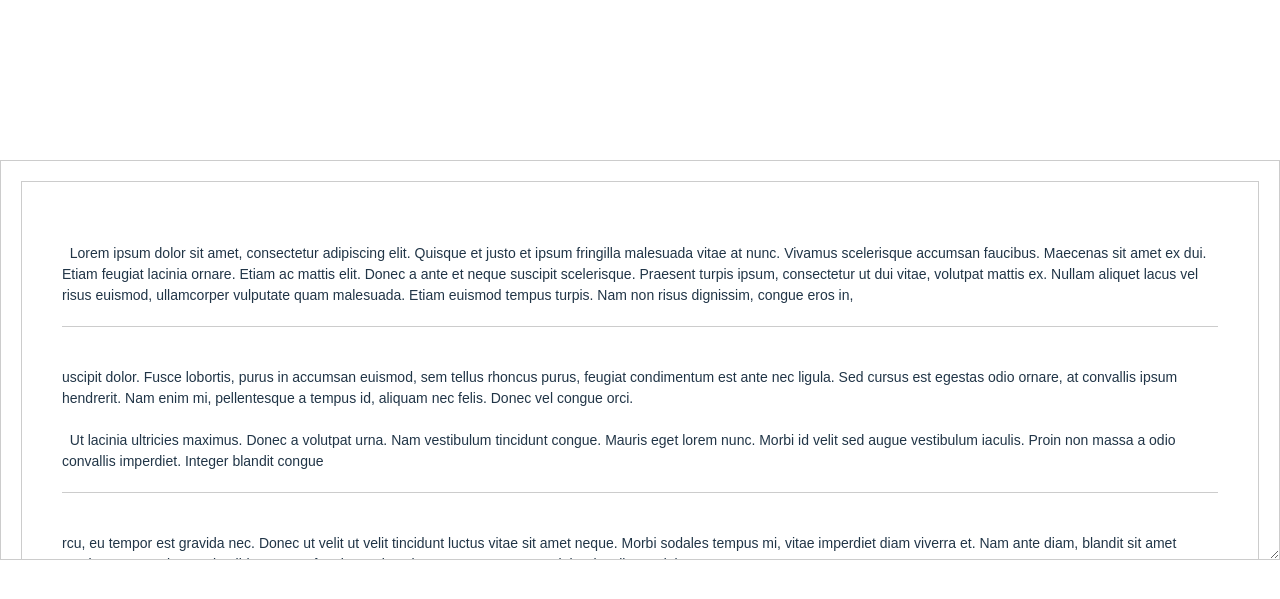
Repository: TakingJester766/Page-View
Page: /
These files come from the project's save history. The page is drawn as it stood at one moment and after the next save; the edit follows.
The browser window is 1280 px wide. The pictures show the whole page.
An inner scrolling area shows only its first screen. The project was rebuilt for these pictures with package versions that can differ from the ones it lists, and the page was loaded fresh each time. Also part of the build but not shown: vite.config.js.

Above is the page before, as saved 2023-01-15 22:44:34.

### src/App.jsx
import React from 'react';
import ScrollableText from './ScrollableText';

function App() {
  const text = `
  Lorem ipsum dolor sit amet, consectetur adipiscing elit. Quisque et justo et ipsum fringilla malesuada vitae at nunc. Vivamus scelerisque accumsan faucibus. Maecenas sit amet ex dui. Etiam feugiat lacinia ornare. Etiam ac mattis elit. Donec a ante et neque suscipit scelerisque. Praesent turpis ipsum, consectetur ut dui vitae, volutpat mattis ex. Nullam aliquet lacus vel risus euismod, ullamcorper vulputate quam malesuada. Etiam euismod tempus turpis. Nam non risus dignissim, congue eros in, suscipit dolor. Fusce lobortis, purus in accumsan euismod, sem tellus rhoncus purus, feugiat condimentum est ante nec ligula. Sed cursus est egestas odio ornare, at convallis ipsum hendrerit. Nam enim mi, pellentesque a tempus id, aliquam nec felis. Donec vel congue orci.

  Ut lacinia ultricies maximus. Donec a volutpat urna. Nam vestibulum tincidunt congue. Mauris eget lorem nunc. Morbi id velit sed augue vestibulum iaculis. Proin non massa a odio convallis imperdiet. Integer blandit congue arcu, eu tempor est gravida nec. Donec ut velit ut velit tincidunt luctus vitae sit amet neque. Morbi sodales tempus mi, vitae imperdiet diam viverra et. Nam ante diam, blandit sit amet maximus nec, vulputate in nibh. Aenean feugiat sapien sit amet erat tempus, eu lobortis tellus sodales.

  Vivamus nec dictum nibh, vel bibendum magna. Curabitur condimentum justo ac neque placerat, sit amet accumsan orci fermentum. Aliquam sed urna non eros feugiat fringilla. Vestibulum vel iaculis diam. Interdum et malesuada fames ac ante ipsum primis in faucibus. Morbi pretium augue tortor, in accumsan diam semper nec. Sed ac tincidunt tellus. Vivamus lobortis dui ut faucibus ultricies. Aliquam at consequat ipsum. Fusce vel mollis diam. Ut id dolor suscipit, iaculis est at, malesuada dui. Sed fringilla diam purus, a commodo augue pretium eget. Fusce blandit ut ante sed mollis. Nulla non porttitor urna. Curabitur sed varius nunc, id elementum justo.

  Etiam commodo finibus risus ut lobortis. Donec ac massa id dolor cursus gravida. Sed non sem id est tincidunt egestas. Aenean et aliquam est. Aenean ornare sit amet erat sed commodo. Morbi et tortor sit amet lacus tempor consectetur. Aenean ultrices libero ac tellus molestie, in maximus leo porttitor. Pellentesque scelerisque ante nec velit aliquam posuere. Donec varius id ligula sit amet facilisis. Maecenas purus metus, egestas et auctor non, sagittis vel tellus. Sed facilisis, urna ac interdum suscipit, massa diam vestibulum orci, eu pretium ex odio et sem. Curabitur tempor, mi nec luctus vestibulum, diam elit aliquam risus, ut vestibulum est ante at libero. Nunc auctor consequat leo.

  Aliquam eu mauris a elit tincidunt rutrum sed eget lacus. Ut faucibus laoreet mauris tempus feugiat. Orci varius natoque penatibus et magnis dis parturient montes, nascetur ridiculus mus. Morbi in pretium ante. Morbi vel blandit dolor. Morbi volutpat libero et enim lobortis pharetra. Aliquam eget velit vel lacus gravida dignissim non a nibh. Phasellus dictum, quam eget sagittis scelerisque, tortor leo aliquam nunc, quis varius ipsum risus sed nisi. Quisque congue diam sed ipsum molestie bibendum. Praesent iaculis, urna et pretium suscipit, sem tortor dignissim neque, quis laoreet lorem elit id sem. Duis ullamcorper felis justo, id rhoncus sapien finibus nec. Quisque posuere velit mattis suscipit ornare. Ut molestie dignissim vestibulum. Nam at lectus bibendum, rhoncus orci ac, scelerisque ligula. Interdum et malesuada fames ac ante ipsum primis in faucibus.`;
  return (
    <div className="scroll-container">
      <ScrollableText text={text} />
    </div>
  );
}

export default App;

### src/index.css
:root {
  font-family: Inter, Avenir, Helvetica, Arial, sans-serif;
  font-size: 16px;
  line-height: 24px;
  font-weight: 400;

  color-scheme: light dark;
  color: rgba(255, 255, 255, 0.87);
  background-color: #242424;

  font-synthesis: none;
  text-rendering: optimizeLegibility;
  -webkit-font-smoothing: antialiased;
  -moz-osx-font-smoothing: grayscale;
  -webkit-text-size-adjust: 100%;
}

a {
  font-weight: 500;
  color: #646cff;
  text-decoration: inherit;
}
a:hover {
  color: #535bf2;
}

body {
  margin: 0;
  display: flex;
  place-items: center;
  min-width: 320px;
  min-height: 100vh;
}

h1 {
  font-size: 3.2em;
  line-height: 1.1;
}

button {
  border-radius: 8px;
  border: 1px solid transparent;
  padding: 0.6em 1.2em;
  font-size: 1em;
  font-weight: 500;
  font-family: inherit;
  background-color: #1a1a1a;
  cursor: pointer;
  transition: border-color 0.25s;
}
button:hover {
  border-color: #646cff;
}
button:focus,
button:focus-visible {
  outline: 4px auto -webkit-focus-ring-color;
}

@media (prefers-color-scheme: light) {
  :root {
    color: #213547;
    background-color: #ffffff;
  }
  a:hover {
    color: #747bff;
  }
  button {
    background-color: #f9f9f9;
  }
}

.scroll-container {
  height: 400px; /* adjust this to your desired height */
  overflow: hidden;
  padding: 20px; /* add some padding for the content */
  box-sizing: border-box; /* include the padding and border in the total width and height */
  border: 1px solid #ccc; /* add a border */
  font-size: 14px; /* adjust the font size to your preference */
  font-family: Arial, sans-serif; /* adjust the font family to your preference */
  line-height: 1.5; /* adjust the line height to your preference */
  word-wrap: break-word;
  white-space: pre-wrap;
  position: relative;
  resize: both;
}



.page-break {
  width: 100%;
  height: 20px;
  border-bottom: 1px solid #ccc;
}

.text-container {
  padding: 20px;
}

.scroll-tracker {
  position: absolute;
  top: 0;
  left: 0;
  width: 100%;
  height: 100%;
}

### src/ScrollableText.jsx
import { useState } from 'react';

const ScrollableText = ({text}) => {
  const [currentPage, setCurrentPage] = useState(0);
  const charactersPerPage = 500;
  const pageCount = Math.ceil(text.length / charactersPerPage);

  const handleScroll = (event) => {
    setCurrentPage(Math.floor(event.target.scrollTop / event.target.scrollHeight));
  };

  return (
    <div>
      <div className="scroll-container" style={{overflow: 'auto', height: '500px'}} onScroll={handleScroll}>
        {Array.from({ length: pageCount }, (_, i) => {
          let start = i * charactersPerPage;
          let end = (i + 1) * charactersPerPage;
          let currentText = text.slice(start, end);
          if (currentText[currentText.length - 1] !== " ") {
            let lastSpace = currentText.lastIndexOf(" ");
            currentText = currentText.slice(0, lastSpace);
          }
          return (
            <div className={`page ${i === currentPage ? 'visible' : 'hidden'}`} key={i}>
              <div className="text-container">
                {currentText}
                {i !== pageCount - 1 && <div className="page-break"></div>}
              </div>
            </div>
          );
        })}
      </div>
    </div>
  );

}

export default ScrollableText;

Loaded but not shown: index.html (common file); src/main.jsx (common file)

After the next save:
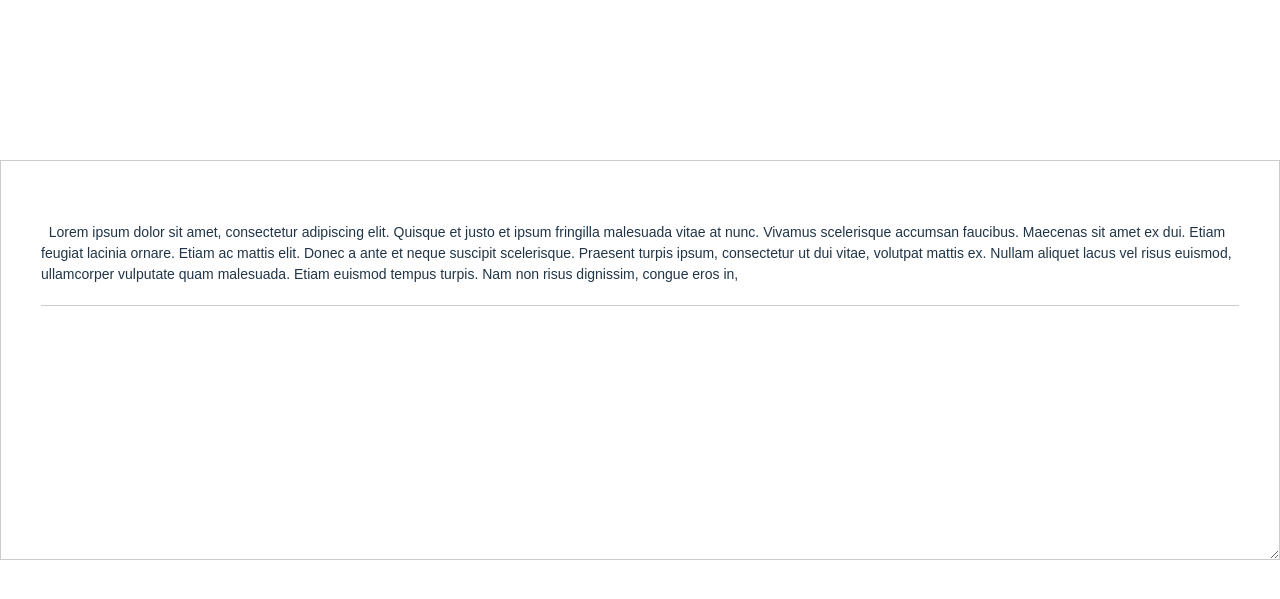
Saved 67 s later.
--- a/src/ScrollableText.jsx
+++ b/src/ScrollableText.jsx
@@ -11,7 +11,6 @@
 
   return (
     <div>
-      <div className="scroll-container" style={{overflow: 'auto', height: '500px'}} onScroll={handleScroll}>
         {Array.from({ length: pageCount }, (_, i) => {
           let start = i * charactersPerPage;
           let end = (i + 1) * charactersPerPage;
@@ -22,16 +21,16 @@
           }
           return (
             <div className={`page ${i === currentPage ? 'visible' : 'hidden'}`} key={i}>
-              <div className="text-container">
+              <div className="text-container" style={{overflow: 'auto', height: '500px'}} onScroll={handleScroll}>
                 {currentText}
                 {i !== pageCount - 1 && <div className="page-break"></div>}
               </div>
             </div>
           );
         })}
-      </div>
     </div>
-  );
+);
+
 
 }
 

After the save that followed:
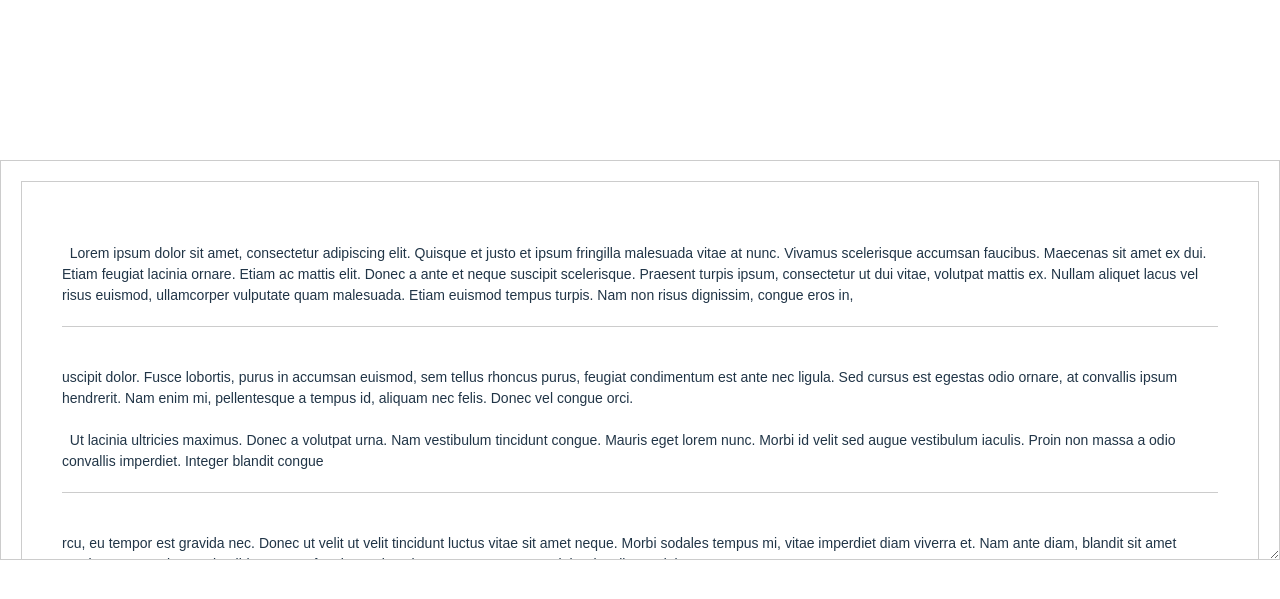
Saved 10 s later.
--- a/src/ScrollableText.jsx
+++ b/src/ScrollableText.jsx
@@ -11,6 +11,7 @@
 
   return (
     <div>
+      <div className="scroll-container" style={{overflow: 'auto', height: '500px'}} onScroll={handleScroll}>
         {Array.from({ length: pageCount }, (_, i) => {
           let start = i * charactersPerPage;
           let end = (i + 1) * charactersPerPage;
@@ -21,16 +22,16 @@
           }
           return (
             <div className={`page ${i === currentPage ? 'visible' : 'hidden'}`} key={i}>
-              <div className="text-container" style={{overflow: 'auto', height: '500px'}} onScroll={handleScroll}>
+              <div className="text-container">
                 {currentText}
                 {i !== pageCount - 1 && <div className="page-break"></div>}
               </div>
             </div>
           );
         })}
+      </div>
     </div>
-);
-
+  );
 
 }
 
